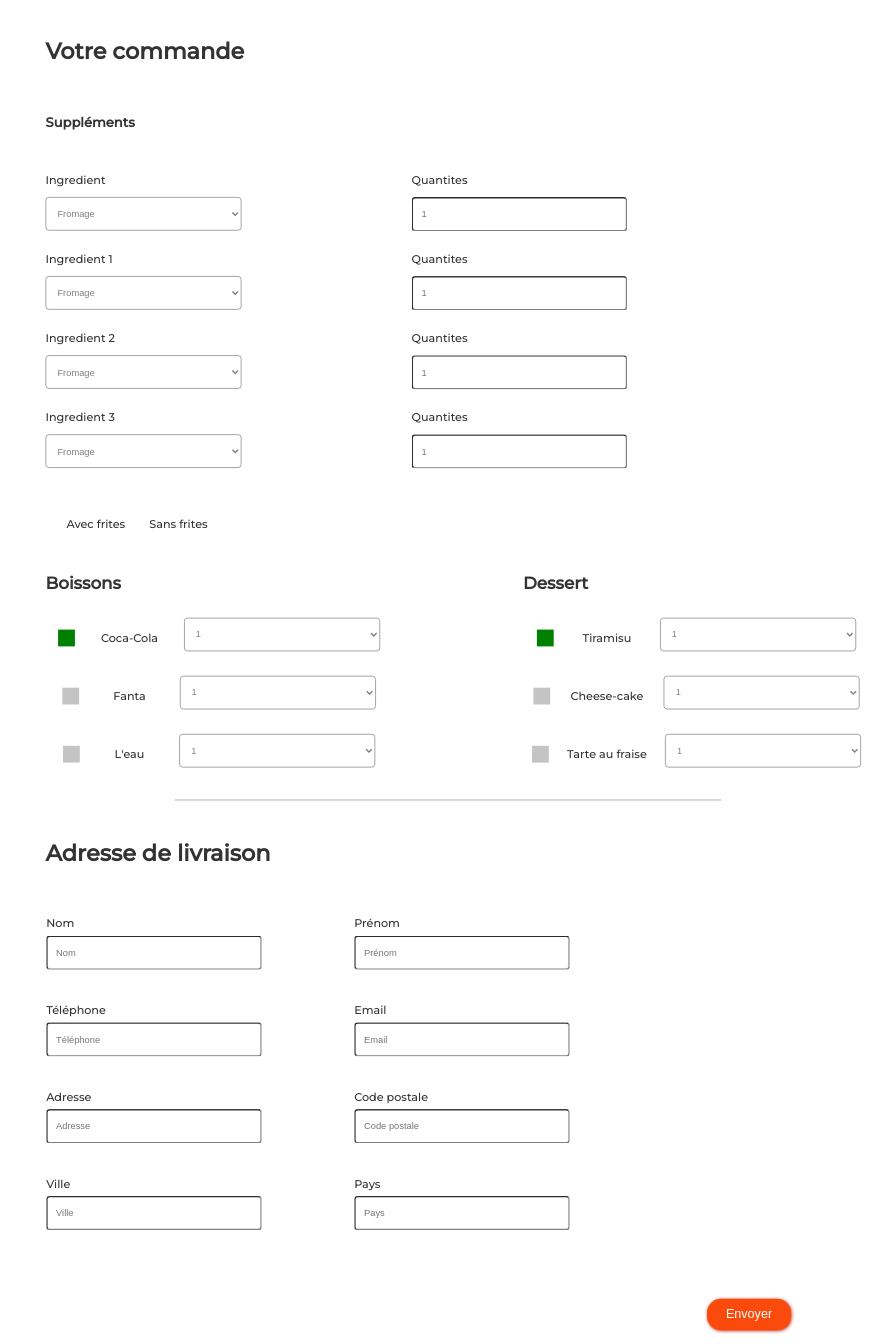
Repository: Ahlam-belhadj/bella-olange
Page: index2.html
An editor plug-in stored every save of this project. The page is shown before and after the next save, followed by the edit.
The browser window is 1280 px wide. The pictures show the part of the page from y = 1229 to 3149 px (the page is 3199 px tall before and 3567 px after), at 70% of full size.

Above is the page before, as saved 2023-02-14 14:49:48.

After the next save:
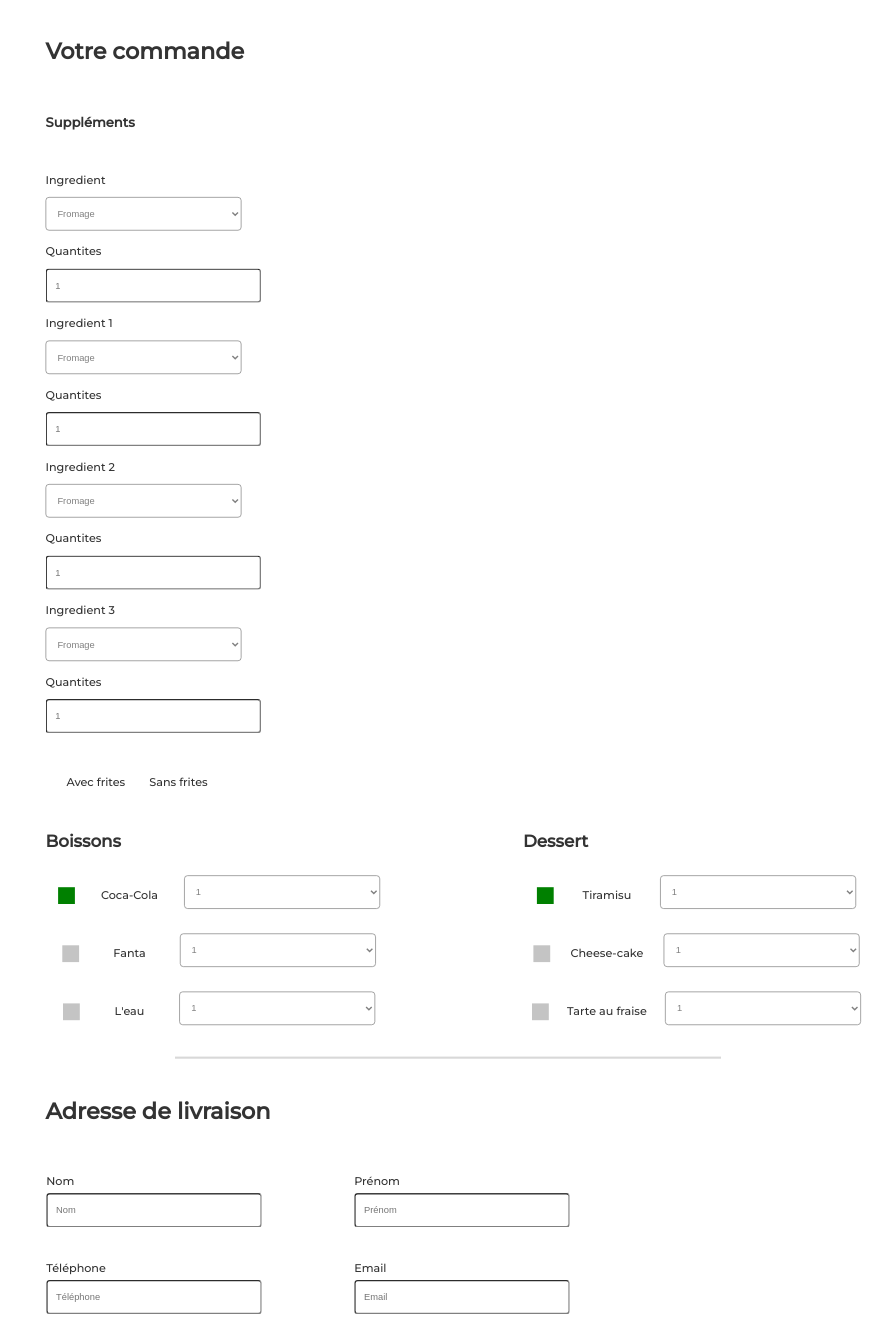
Saved 11 s later.
--- a/style2.css
+++ b/style2.css
@@ -154,7 +154,7 @@
 
 
 food_app
-.title_food_app {
+/* .title_food_app {
     padding-top: 50px;
 }
 
@@ -193,7 +193,7 @@
     display: flex;
     justify-content: center;
     color: #000000;
-}
+} */
 /*food_app
 
 

After the save that followed:
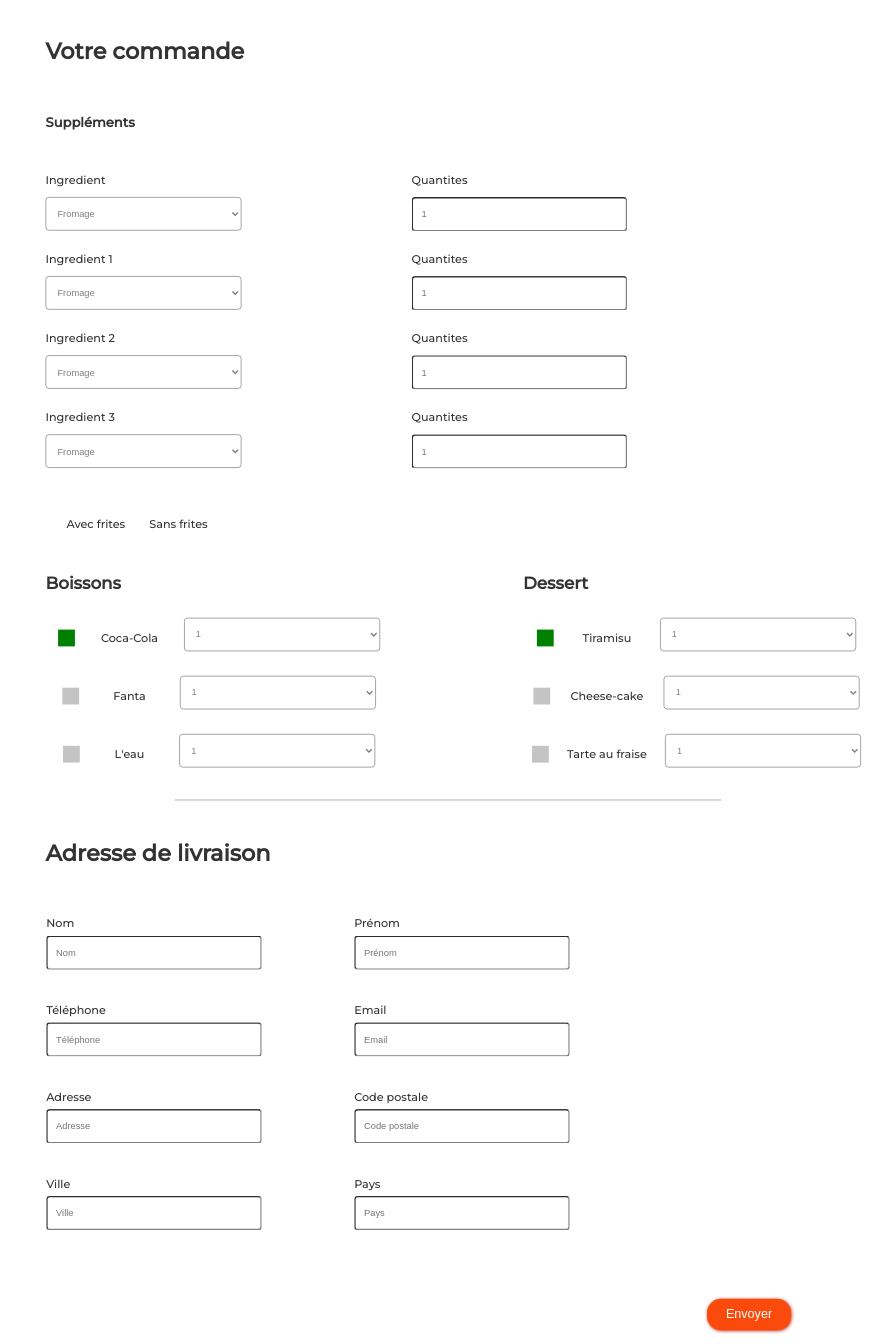
Saved 5 s later.
--- a/style2.css
+++ b/style2.css
@@ -153,7 +153,6 @@
 
 
 
-food_app
 /* .title_food_app {
     padding-top: 50px;
 }
